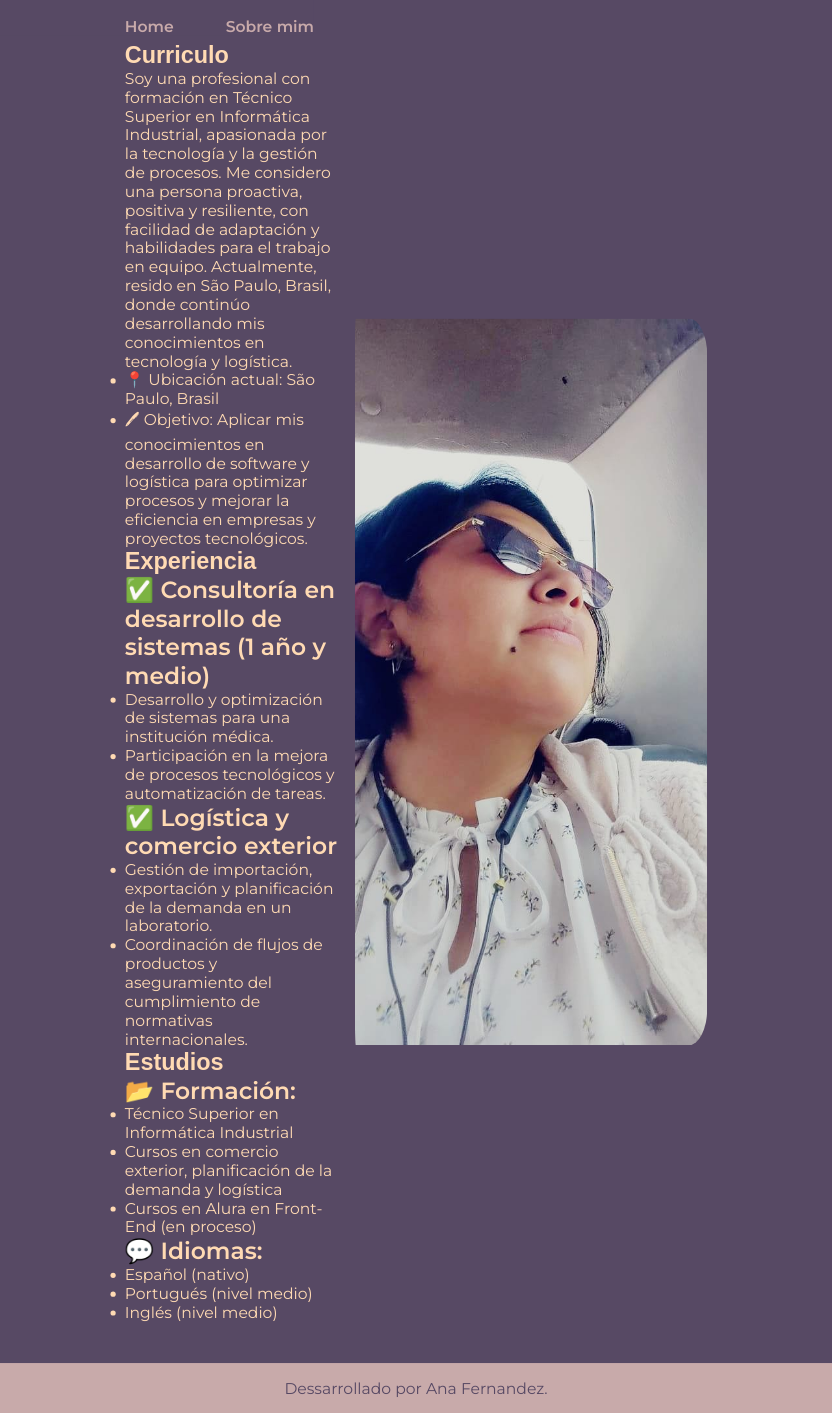
Repository: AnaFzCz/Portifolio-HTML-CSS-dinamico
Page: about.html
An editor plug-in stored every save of this project. The page is shown before and after the next save, followed by the edit.
The browser window is 1280 px wide. The pictures show the whole page, at 65% of full size.
Some web fonts or font styles are not loaded; a fallback is used.

Above is the page before, as saved 2025-02-10 23:07:14.

### about.html
<!DOCTYPE html>
<html lang="en">

<head>
    <meta charset="UTF-8">
    <meta http-equiv="X-UA-Compatible" content="IE=edge">
    <meta name="viewport" content="width=device-width, initial-scale=1.0">
    <title>Sobre mim</title>
    <link rel="stylesheet" href="./styles/style.css">
</head>

<body>
    <header class="cabecalho">
        <nav class="cabecalho__menu">
            <a class="cabecalho__menu__link" href="index.html">Home</a>
            <a class="cabecalho__menu__link" href="about.html">Sobre mim</a>
        </nav>
    </header>
    <main class="apresentacao">

        <section class="apresentacao__conteudo__texto">
            <div class=".apresentacao__conteudo__texto">
                <h1 class="apresentacao__conteudo__titulo">Curriculo</h1>
                <p class="">Soy una profesional con formación en Técnico Superior en
                    Informática Industrial, apasionada por la tecnología y la gestión de procesos. Me considero una
                    persona
                    proactiva, positiva y resiliente, con facilidad de
                    adaptación y habilidades para el trabajo en equipo. Actualmente, resido en São Paulo, Brasil, donde
                    continúo desarrollando mis conocimientos en tecnología y logística.
                </p>
            </div>

            <ul>
                <li> &#x1F4CD Ubicación actual: São Paulo, Brasil</li>
                <li> &#x1F58A Objetivo: Aplicar mis conocimientos en desarrollo de software y logística para optimizar
                    procesos y mejorar la eficiencia en empresas y proyectos tecnológicos.</li>
            </ul>


            <h1 class="apresentacao__conteudo__titulo">Experiencia</h1>


            <h2>&#x2705 Consultoría en desarrollo de sistemas (1 año y medio)</h2>
            <ul class="apresentacao__conteudo__texto">
                <li>Desarrollo y optimización de sistemas para una institución médica.</li>
                <li> Participación en la mejora de procesos tecnológicos y automatización de tareas.</li>

            </ul>
            <h2>&#x2705 Logística y comercio exterior</h2>
            <ul class="apresentacao__conteudo__texto">
                <li>Gestión de importación, exportación y planificación de la demanda en un laboratorio.</li>
                <li>Coordinación de flujos de productos y aseguramiento del cumplimiento de normativas internacionales.
                </li>
            </ul>

            <h1 class="apresentacao__conteudo__titulo">Estudios</h1>

            <h2> &#x1F4C2 Formación:</h2>
            <ul class="apresentacao__conteudo__texto">
                <li>Técnico Superior en Informática Industrial</li>
                <li>Cursos en comercio exterior, planificación de la demanda y logística</li>
                <li>Cursos en Alura en Front-End (en proceso)</li>


            </ul>
            <h2>&#x1F4AC Idiomas:</h2>
            <ul class="apresentacao__conteudo__texto">
                <li>Español (nativo)</li>
                <li>Portugués (nivel medio)</li>
                <li> Inglés (nivel medio)</li>
            </ul>
        </section>
        <img src="/assets/Imagen-Ana.jpg" alt="Foto da Ana">
    </main>
    <footer class="rodape">
        <p>
            Dessarrollado por Ana Fernandez.
        </p>
    </footer>
</body>

</html>

### styles/style.css
@import url('https://fonts.googleapis.com/css2?family=Krona+One&family=Montserrat:wght@400;600&display=swap');

:root {
    --cor-primaria: #574964;
    --cor-secundaria: #FFDAB3;
    --cor-terciaria: #C8AAAA;
    --cor-hover: #9F8383;
    --font-primaria: 'Krona One', sans-serif;
    --font-secundaria: 'Montserrat', sans-serif;

}

* {
    margin: 0;
    padding: 0;
}

body {
    /* height: 100vh; */
    box-sizing: border-box;
    background-color: var(--cor-primaria);
    color: var(--cor-secundaria);
}

.titulo-destaque {
    color: var(--cor-terciaria);
}

.cabecalho {
    background-color: var(--cor-primaria);
    padding: 2% 0% 0% 15%;
    position: fixed;

}

.cabecalho__menu {
    display: flex;
    gap: 80px;
    /* justify-content: center;
    align-items: center; */
}

.cabecalho__menu__link {
    font-size: 24px;
    font-family: var(--font-secundaria);
    color: var(--cor-terciaria);
    font-weight: 600;
    text-decoration: none;
}



/* .cabecalho__menu__link:hover {
    color: #007bff;
}



.cabecalho__menu__link {
    padding: 10px 15px;
} */

.apresentacao {
    padding: 5% 15%;
    display: flex;
    align-items: center;
    justify-content: space-between;
}

.apresentacao__conteudo {
    width: 615px;
    display: flex;
    flex-direction: column;
    gap: 40px;
}

.apresentacao__conteudo__titulo {
    font-size: 36px;
    font-family: var(--font-primaria);
}

.apresentacao__conteudo__texto {
    font-size: 24px;
    font-family: var(--font-secundaria);
}

.apresentacao__links {
    display: flex;
    flex-direction: column;
    justify-content: space-between;
    align-items: center;
    gap: 32px;
}

.apresentacao__links__subtitulo {
    font-family: 'Krona One', sans-serif;
    font-weight: 400;
    font-size: 24px;
}

.apresentacao__links__link {
    /* background-color: #22D4FD; */
    display: flex;
    justify-content: center;
    gap: 16px;
    border: 2px solid var(--cor-terciaria);
    width: 378px;
    text-align: center;
    border-radius: 8px;
    font-size: 24px;
    font-weight: 600;
    padding: 21.5px 0;
    text-decoration: none;
    color: var(--cor-secundaria);
    font-family: var(--font-secundaria);
}

.apresentacao__links__link:hover {
    cursor: pointer;
    background-color: var(--cor-hover);
    /* border: 2px solid #0000FF; */
}

ul {
    list-style: disc;
}

img {
    border-radius: 5%;
    padding-left: 3%;

}

.rodape {
    padding: 24px;
    color: var(--cor-primaria);
    background-color: var(--cor-terciaria);
    text-align: center;
    font-family: var(--font-secundaria);
    font-size: 24px;
    font-weight: 400;
}

After the next save:
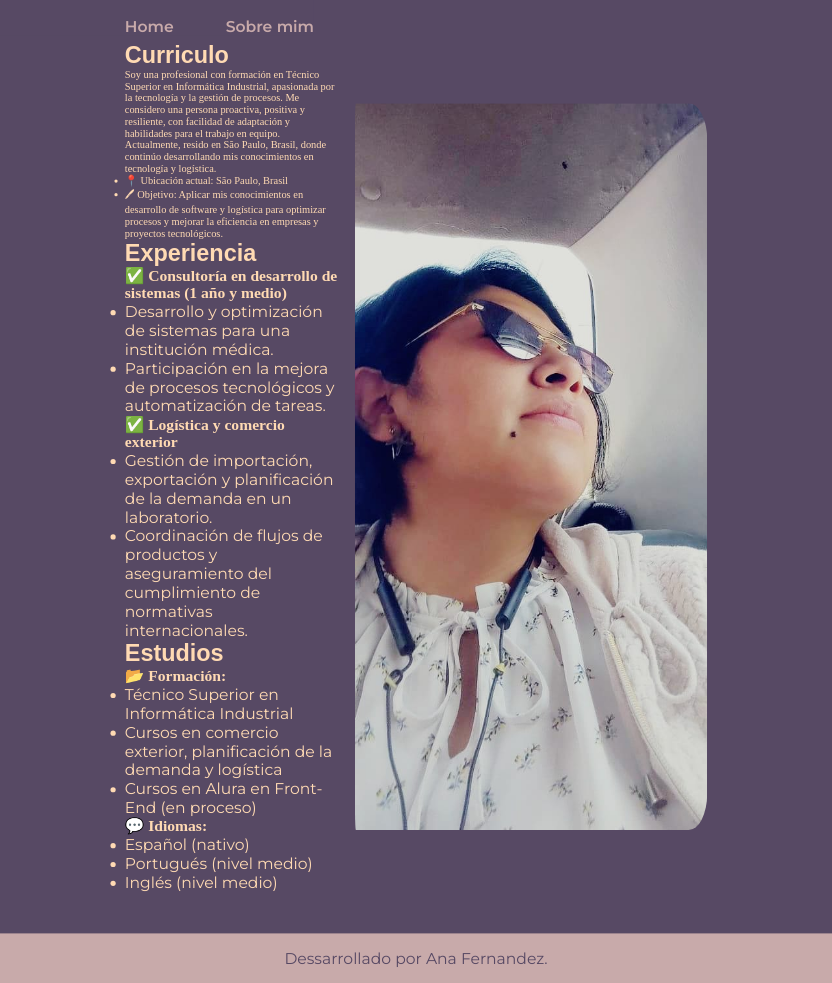
Saved 40 s later.
--- a/about.html
+++ b/about.html
@@ -18,7 +18,7 @@
     </header>
     <main class="apresentacao">
 
-        <section class="apresentacao__conteudo__texto">
+        <section class="">
             <div class=".apresentacao__conteudo__texto">
                 <h1 class="apresentacao__conteudo__titulo">Curriculo</h1>
                 <p class="">Soy una profesional con formación en Técnico Superior en
@@ -27,6 +27,7 @@
                     proactiva, positiva y resiliente, con facilidad de
                     adaptación y habilidades para el trabajo en equipo. Actualmente, resido en São Paulo, Brasil, donde
                     continúo desarrollando mis conocimientos en tecnología y logística.
+
                 </p>
             </div>
 

After the save that followed:
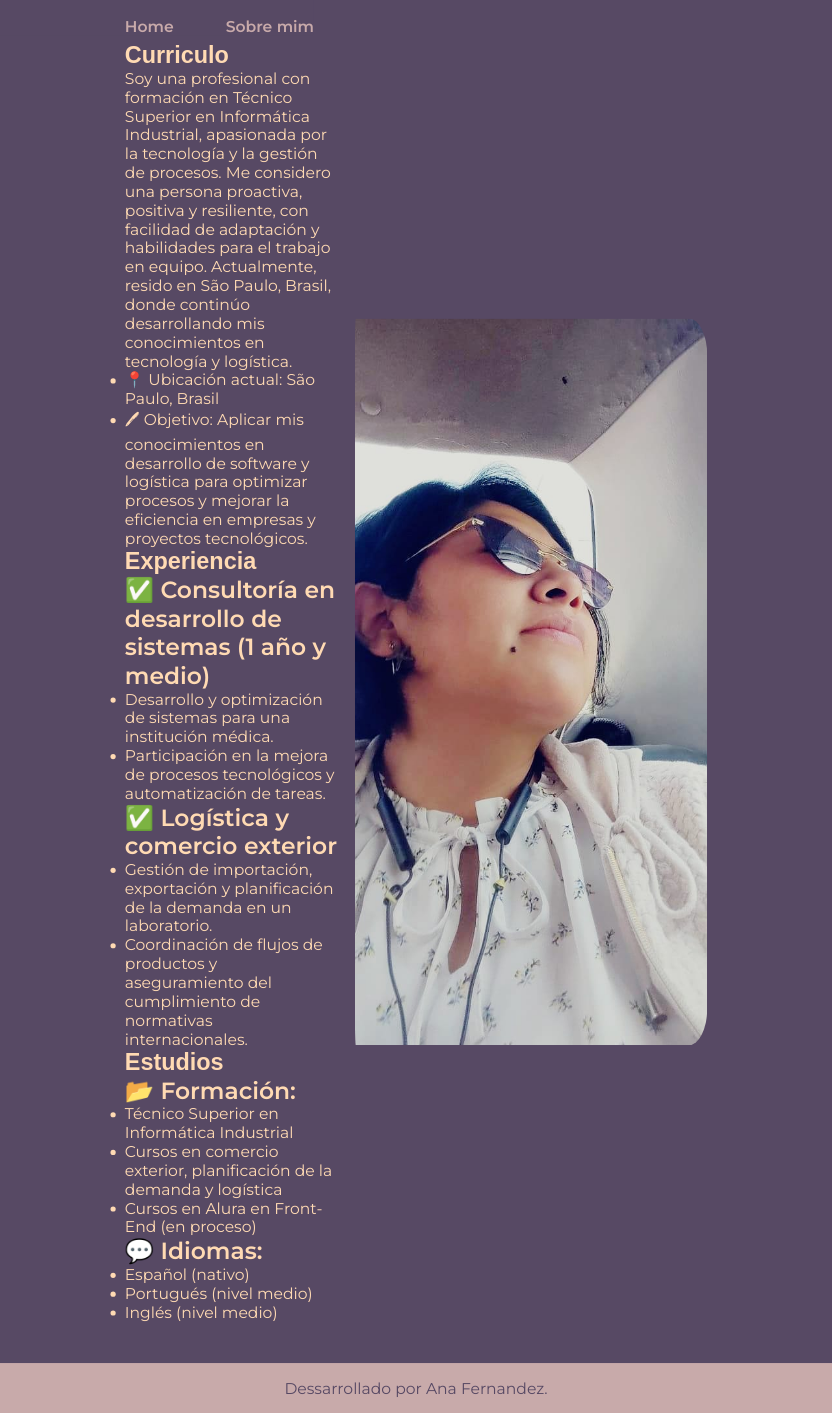
Saved 13 s later.
--- a/about.html
+++ b/about.html
@@ -18,8 +18,8 @@
     </header>
     <main class="apresentacao">
 
-        <section class="">
-            <div class=".apresentacao__conteudo__texto">
+        <section class="apresentacao__conteudo__texto">
+            <div class="">
                 <h1 class="apresentacao__conteudo__titulo">Curriculo</h1>
                 <p class="">Soy una profesional con formación en Técnico Superior en
                     Informática Industrial, apasionada por la tecnología y la gestión de procesos. Me considero una
